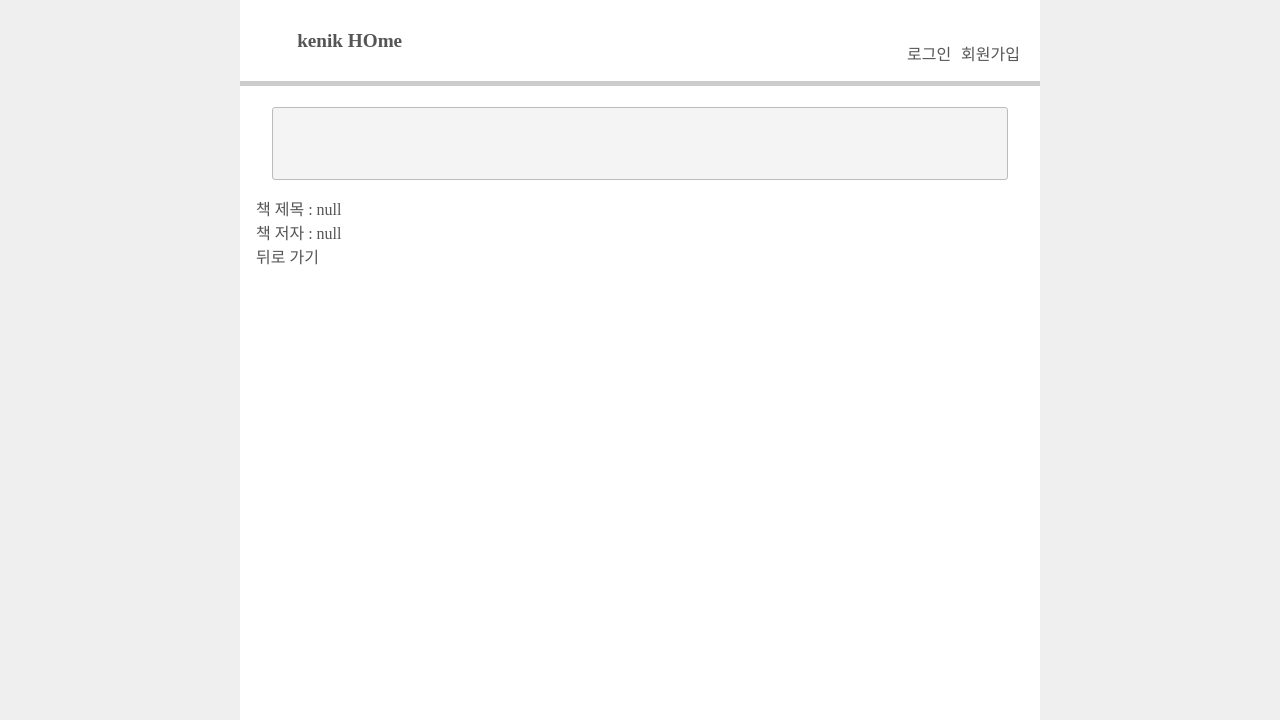
Repository: Seeker2250/JspTest
Page: http://localhost/jspPro/days01/ex02_ok.jsp
These files come from the project's save history. The page is drawn as it stood at one moment and after the next save; the edit follows.
The browser window is 1280 px wide. The pictures show the whole page.
Some web fonts or font styles are not loaded; a fallback is used. The page is served by Tomcat 9. Other server files are loaded and not shown.

Above is the page before, as saved 2024-10-15 03:28:04.

### jspPro/src/main/webapp/days01/ex02_ok.jsp
<%@ page language="java" contentType="text/html; charset=UTF-8"
    pageEncoding="UTF-8"%>
<%
	//ex02_ok.jsp?title=채식주의자&author=한강
	String title = request.getParameter("title");
	String author = request.getParameter("author");
%>
<!DOCTYPE html>
<html>
<head>
<meta charset="UTF-8">
<title>Insert title here</title>
<link rel="shortcut icon" type="image/x-icon" href="http://localhost/jspPro/images/SiSt.ico">
<script src="https://ajax.googleapis.com/ajax/libs/jquery/3.7.1/jquery.min.js"></script>
<meta name="viewport" content="width=device-width, initial-scale=1.0">
<link rel="stylesheet" href="http://localhost/jspPro/resources/cdn-main/example.css">
<script src="http://localhost/jspPro/resources/cdn-main/example.js"></script>
<style>
 span.material-symbols-outlined{
    vertical-align: text-bottom;
 }
</style>
</head>
<body>
<header>
  <h1 class="main"><a href="#" style="position: absolute;top:30px;">kenik HOme</a></h1>
  <ul>
    <li><a href="#">로그인</a></li>
    <li><a href="#">회원가입</a></li>
  </ul>
</header>
<div>
 <xmp class="code">

  </xmp>
  책 제목 : <%= title %><br>
  책 저자 : <%= author %><br>
  <a href="javascript:history.go(-1);">뒤로 가기</a>
</div>
</body>
</html>

### jspPro/src/main/webapp/resources/cdn-main/example.css
@charset "UTF-8";

@import url('https://fonts.googleapis.com/css2?family=Material+Symbols+Outlined:opsz,wght,FILL,GRAD@20..48,100..700,0..1,-50..200');

@font-face {
    font-family: 'GmarketSansMedium';
    src: url('https://cdn.jsdelivr.net/gh/projectnoonnu/noonfonts_2001@1.1/GmarketSansMedium.woff') format('woff');
    font-weight: normal;
    font-style: normal;
}

:root {
	--text-color: #555;
	--sub-text-color: #777;
	--back-color: #EFEFEF;
	--header-color: #444;
	--primary-color: #DEDEDE;
	--secondary-color: #EFEFEF;
	--default-width: 800px;
	--narrow-width: 500px;
	--wide-width: 1200px;
	--text-font: 'GmarketSansMedium';
	--icon-font: 'Material Symbols Outlined';
	--border-color: #CCC;
}

html, body {
	margin: 0;
	padding: 0;
}

html {
	background-color: var(--back-color);
	display: flex;
	justify-content: center;
	min-height: 100vh;
}

body, body.default {
	width: var(--default-width);
	background-color: white;
	padding-bottom: 120px;
}

body.wide {
	width: var(--wide-width);
}

body.narrow {
	width: var(--narrow-width);
}



body, p, div, span, a, input, select, option, textarea, button, table, th, td, label, fieldset, legend {
	font-family: var(--text-font);
	color: var(--text-color);
}

h1, h2, h3 {
	font-family: var(--text-font);
	color: var(--header-color);
	padding: 0 1rem;
	padding-top: .5rem;
}

div > h1, div > h2, div > h3 {
	padding: 0;
}

body > div, body > main > div {
	padding: 0.3rem 1rem;
}


h1 { font-size: 2rem; border-bottom: 1px solid var(--border-color); }
h1 small { font-size: 1.2rem; color: var(--sub-text-color); }
h2 { font-size: 1.5rem; border-bottom: 1px dashed var(--border-color); }
h2 small { font-size: 1.1rem; color: --sub-text-color; }
h3 { font-size: 1.2rem; }
h3 small { font-size: 1rem; color: --sub-text-color; }



h1.main::before {
	font-family: var(--icon-font);
  	content: '\e666';
  	margin-right: 10px;
  	float: left;
	font-size: 2.5rem;
}

h1.sub::before {
	font-family: var(--icon-font);
  	content: '\ea19';
  	margin-right: 10px;
  	float: left;
	font-size: 2.5rem;
}


h1.page::before {
	font-family: var(--icon-font);
  	content: '\e0e0';
  	margin-right: 10px;
  	float: left;
	font-size: 2.5rem;
}

body > header > ul > li > .active{
	background-color: #FFF;
	color:#F00;
}

body > header {
	display: flex;
	justify-content: space-between;
	border-bottom: 5px solid var(--border-color);
	min-height: 74px;
	background-color: #FFF;
}

body > header.sticky {
	position: sticky;
	top: 0;
	z-index: 98;
}

body > header > h1 {
	font-size: 1.2rem;
	border: 0;
}

body > header.in > h1::before {
	font-family: var(--icon-font);
  	content: '\e332‥';
  	margin-right: 3px;
  	float: left;
	font-size: 2rem;
}


body > header > ul {
	list-style-type: none;
	display: flex;
	align-items: flex-end;
	margin-right: 10px;
}

body > header > ul > li {
	margin-right: 10px;
	cursor: pointer;
}

body > header > ul > li > a {
	cursor: pointer;
}


form {
	display: block;
}

form > div {
	padding: 0.3rem 1rem;
}

div > form > div {
	padding: 0.3rem 0;
}

input, textarea, button, select {
	border: 1px solid #BBB;
	border-radius: 3px;
	outline: none;
	resize: none;
	padding: 7px;
	margin: 0;
}

input[type=text]:read-only, textarea:read-only {
	cursor: not-allowed;
	background-color: #FFF;
}

input[type=text]:disabled, textarea:disabled {
	cursor: not-allowed;
	background-color: #EEE;
}

input[type=text], input[type=password], textarea, button, select {
	/* width: 300px; */
}

textarea {
	display: block;
	height: 100px;
}

input[type=button], input[type=submit], button {
	/* width: inherit; */
}

input.short, textarea.short, button.short, select.short {
	width: 100px;
}

input.long, textarea.long, button.long, select.long {
	width: 350px;
}

.narrow input.long, .narrow textarea.long, .narrow button.long, .narrow select.long {
	width: calc(100% - 20px);
}

input.full, textarea.full, button.full, select.full {
	width: calc(100% - 20px);
}

textarea.short {
	height: 50px;
}

textarea.long {
	height: 100px;
}

textarea.full {
	height: 200px;
}

input, textarea {
	padding-top: 8px;
}

input[type=button], input[type=submit], button {
	padding: 5px 10px;
	background-color: var(--secondary-color);
	cursor: pointer;
	min-height: 36px;
}

input[type=button].primary, input[type=submit].primary, button.primary {
	/* background-color: rgba(100, 149, 237, .2); */
	background-color: var(--primary-color);
}

input[type=button].primary:hover, input[type=submit].primary:hover, button.primary:hover {
	/* background-color: rgba(100, 149, 237, .3); */
	background-color: var(--secondary-color);
}

input[type=button]:hover, input[type=submit]:hover, button:hover {
	background-color: var(--primary-color);
}

button {
	position: relative;
	left: 0;
	top: 0;
	padding-left: 35px;
}

button .material-symbols-outlined {
	position: absolute;
	left: 10px;
	top: 4px;
}

/* k2nik add */
button.login::before {
	font-family: var(--icon-font);
  	content: '\ea77';
	position: absolute;
	left: 11px;
	top: 4px;
	font-size: 1.25rem;
}

/* k2nik logout */
button.logout::before {
	font-family: var(--icon-font);
  	content: '\e9ba';
	position: absolute;
	left: 11px;
	top: 4px;
	font-size: 1.25rem;
}

/* k2nik help */
button.help::before {
	font-family: var(--icon-font);
  	content: '\f1c0';
	position: absolute;
	left: 11px;
	top: 4px;
	font-size: 1.25rem;
}

button.add::before{
	font-family: var(--icon-font);
  	content: '\e746';
	position: absolute;
	left: 11px;
	top: 4px;
	font-size: 1.25rem;
}

button.back::before {
	font-family: var(--icon-font);
  	content: '\e166';
	position: absolute;
	left: 11px;
	top: 4px;
	font-size: 1.25rem;
}

button.list::before {
	font-family: var(--icon-font);
  	content: '\e0ee';
	position: absolute;
	left: 11px;
	top: 4px;
	font-size: 1.25rem;
}


button.del::before {
	font-family: var(--icon-font);
  	content: '\e872';
	position: absolute;
	left: 11px;
	top: 4px;
	font-size: 1.25rem;
}


button.edit::before {
	font-family: var(--icon-font);
  	content: '\e745';
	position: absolute;
	left: 11px;
	top: 4px;
	font-size: 1.25rem;
}


button.login::before {
	font-family: var(--icon-font);
  	content: '\ea77';
	position: absolute;
	left: 11px;
	top: 4px;
	font-size: 1.25rem;
}


button.logout::before {
	font-family: var(--icon-font);
  	content: '\e9ba';
	position: absolute;
	left: 11px;
	top: 4px;
	font-size: 1.25rem;
}


button.in::before {
	font-family: var(--icon-font);
  	content: '\f71a';
	position: absolute;
	left: 11px;
	top: 4px;
	font-size: 1.25rem;
}


button.out::before {
	font-family: var(--icon-font);
  	content: '\f70e';
	position: absolute;
	left: 11px;
	top: 4px;
	font-size: 1.25rem;
}


button.reply::before {
	font-family: var(--icon-font);
  	content: '\e15e';
	position: absolute;
	left: 11px;
	top: 4px;
	font-size: 1.25rem;
}


button.comment::before {
	font-family: var(--icon-font);
  	content: '\e0b9';
	position: absolute;
	left: 11px;
	top: 4px;
	font-size: 1.25rem;
}


button.modal::before {
	font-family: var(--icon-font);
  	content: '\e89e';
	position: absolute;
	left: 11px;
	top: 4px;
	font-size: 1.25rem;
}


button.ok::before {
	font-family: var(--icon-font);
  	content: '\e86c';
	position: absolute;
	left: 11px;
	top: 4px;
	font-size: 1.25rem;
}


button.cancel::before {
	font-family: var(--icon-font);
  	content: '\e5c9';
	position: absolute;
	left: 11px;
	top: 4px;
	font-size: 1.25rem;
}

button.search::before {
	font-family: var(--icon-font);
  	content: '\e8b6';
	position: absolute;
	left: 11px;
	top: 4px;
	font-size: 1.25rem;
}

button.home::before {
	font-family: var(--icon-font);
  	content: '\e88a';
	position: absolute;
	left: 11px;
	top: 4px;
	font-size: 1.25rem;
}


button.sidebar::before {
	font-family: var(--icon-font);
  	content: '\f7e4';
	position: absolute;
	left: 11px;
	top: 4px;
	font-size: 1.25rem;
}


button.sidebar-right::before {
	font-family: var(--icon-font);
  	content: '\f7e5';
	position: absolute;
	left: 11px;
	top: 4px;
	font-size: 1.25rem;
}




button::before {
	font-family: var(--icon-font);
  	content: '\e323';
	position: absolute;
	left: 11px;
	top: 4px;
	font-size: 1.25rem;
}


table {
	border-collapse: collapse;
	margin: 1rem;
	box-sizing: border-box;
	width: calc(100% - 32px);
}

table.content {
	width: auto;
}

div > table {
	margin: 0;
}

table th, table td {
	border: 1px solid var(--border-color);
	padding: 7px;
	font-weight: normal;
}

table th {
	background-color: var(--back-color);
}

table.vertical th {
	width: 150px;
}

table.vertical td {
	width: calc(100% - 182px);
	padding-left: 10px;
}

table.content td, table.content th {
	width: auto;
}

body.narrow table.vertical th {
	width: 100px;
}

body.narrow table.vertical td {
	width: calc(100% - 182px);
}


table + table {
	margin-top: 30px;
}


p {
	padding: 0 1rem;
}

a {
	text-decoration: none;
}

a:hover {
	color: rgba(255, 99, 71, .7);
}

hr {
	border: 0;
	border-top: 1px solid var(--border-color);
	margin: 2rem 0;
}

.message {
	border: 1px solid var(--border-color);
	background-color: #EFEFEF;
	margin: 1rem;
	width: auto;
	padding-top: 10px;
	padding-bottom: 10px;
	font-size: 14px;
}

.message[title]::before {
	content: attr(title);
	display: block;
	border-bottom: 1px solid var(--border-color);
	padding-bottom: 5px;
	margin-bottom: 10px;
	margin-top: 7px;
}

.message.short {
	max-width: 250px;
}

.message.long {
	max-width: 500px;
}

.badge {
	float: right;
	font-size: .8rem;
	margin-top: 2px;
	margin-right: 2px;
	text-shadow: 0 0 7px gray;
}

.badge.left {
	float: none;
	margin-left: 2px;
}

.badge.right {
	float: right;
}

.badge.red {
	border-radius: 50%;
	padding: 2px 5px;
	background-color: rgb(255, 99, 71, .3);
}

.badge.yellow {

	border-radius: 50%;
	padding: 2px 5px;
	background-color: rgb(255, 215, 0, .5);
}

.badge.blue {
	border-radius: 50%;
	padding: 2px 5px;
	background-color: rgb(100, 149, 237, .3);
}

label + label {
	margin-left: 7px;
}

label input[type=checkbox], label input[type=radio] {
	transform: translate(0, 1px);
}

.group {
	display: flex;
}

.modal-content .group {
	margin-bottom: .5rem;
}

.group label {
	border: 1px solid #BBB;
	border-radius: 3px;
	outline: none;
	resize: none;
	padding: 7px 14px;
	margin: 0;
	border-top-right-radius: 0;
	border-bottom-right-radius: 0;
	background-color: #EFEFEF;
	white-space: nowrap;
	font-size: 14px;
}

.group input[type=text] {
	margin-left: -1px;
	border-top-left-radius: 0;
	border-bottom-left-radius: 0;
}

.group select {
	margin-left: -1px;
	border-top-left-radius: 0;
	border-bottom-left-radius: 0;
}

.group input.full[type=text] {
	margin-left: -1px;
	border-top-left-radius: 0;
	border-bottom-left-radius: 0;
	width: 100%;
}

.group input[type=button]:first-child, .group button:first-child {
	border-top-left-radius: 3px;
	border-bottom-left-radius: 3px;
	margin-left: 0px;
}

.group input[type=button], .group button {
	border-radius: 0;
	margin-left: -1px;
}

.group input[type=button]:last-child, .group button:last-child {
	margin-left: -1px;
	border-top-right-radius: 3px;
	border-bottom-right-radius: 3px;
}

.seperate {
	display: flex;
	justify-content: space-between;
}

div.list {
	width: max-content;
	margin: 1rem;
	border: 1px solid #BBB;
	border-radius: 3px;
	padding: 0;
}

div.list.full {
	width: auto;
	display: block;
	margin: 1rem;
	border: 1px solid #BBB;
	border-radius: 3px;
	padding: 0;
}

div.list > div {
	padding: .5rem 1rem;
	margin: 0;
	border-bottom: 1px solid #BBB;
}

div.list > div:last-child {
	border-bottom: 0;
}

pre.code , xmp.code{
	font-family: consols;
	background-color: rgba(150, 150, 150, .1);
	border: 1px solid #BBB;
	border-radius: 3px;
	padding: .5rem 1rem;
	padding-bottom: .6rem;
	margin: 1rem;
}




*[data-modal-window] {
	position: fixed;
	background-color: rgba(0, 0, 0, .3);
	left: 0;
	top: 0;
	display: none;
	justify-content: center;
	align-items: flex-start;
	width: 100%;
	min-height: 100vh;
	z-index: 100;
	opacity: 0;
	transition: 500ms all;
}

*[data-modal-window] .modal-container {
	border-radius: 5px;
	padding: 1rem;
	padding-bottom: .5rem;
	margin-top: -500px;
	opacity: 0;
	width: 500px;
	background-color: #FFF;
	margin-right: 2rem;
	transition: 500ms all;
}

*[data-modal-size=content] .modal-container {
	width: auto;
}

*[data-modal-size=narrow] .modal-container {
	width: 300px;
}

*[data-modal-size=wide] .modal-container {
	width: 760px;
}


*[data-modal-window] .modal-header {
	border-bottom: 1px solid var(--border-color);
	padding: 2px 5px;
}

*[data-modal-window] .modal-content {
	padding: 1rem 5px;
}

*[data-modal-window] .modal-content div:last-child {
	margin-top: 1rem;
	text-align: right;
}



*[data-sidebar-window] {
	position: fixed;
	background-color: #FFF;
	left: 0;
	top: 0;
	display: block;
	width: 300px;
	border-right: 1px solid var(--border-color);
	box-sizing: border-box;
	box-shadow: 0 0 3px var(--back-color);
	min-height: 100vh;
	z-index: 99;
	transform: translate(-300px, 0);
	transition-duration: 500ms;
	transition-property: transform;
}

*[data-sidebar-direction=right] {
	left: auto;
	right: 0;
	transform: translate(300px, 0);
	border-left: 1px solid var(--border-color);
}

*[data-sidebar-size=wide] {
	width: 500px;
	transform: translate(-500px, 0);
}

*[data-sidebar-window] .sidebar-title {
	border-bottom: 1px solid var(--border-color);
	margin-top: 20px;
	margin-bottom: 20px;
	padding-bottom: 5px;
	display: flex;
	justify-content: space-between;
}

*[data-sidebar-window] .sidebar-title span:last-child {
	cursor: pointer;
}


/* K2Nik pagination */
.center {
  text-align: center;
}

.pagination {
  display: inline-block;
}

.pagination a {
  color: black;
  float: left;
  padding: 3px 6px;
  text-decoration: none;
  transition: background-color .3s;
  border: 1px solid #ddd;
  margin: 0 3px;
}

.pagination a.active {
  background-color: #4CAF50;
  color: white;
  border: 1px solid #4CAF50;
}

.pagination a:hover:not(.active) {background-color: #ddd;}

### jspPro/src/main/webapp/resources/cdn-main/example.js

window.onload = () => {

    const list = document.querySelectorAll('input, textarea');

    list.forEach(item => {
        item.setAttribute('autocomplete', 'off');
    });


    const modal_btn_list = document.querySelectorAll('*[data-modal-button]');

    modal_btn_list.forEach(item => {
        item.onclick = function() {

            const name = this.dataset['modalButton'];
            const modal_window = document.querySelector('*[data-modal-window=' + name);

            const container = document.createElement('div');
            container.className = 'modal-container';



            const modal_header = document.createElement('div');
            modal_header.textContent = modal_window.dataset['modalTitle'];
            modal_header.className = 'modal-header';
            container.appendChild(modal_header);

            const modal_content = document.createElement('div');
            modal_content.className = 'modal-content';
            container.appendChild(modal_content);

            Array.from(modal_window.childNodes).forEach(item => {
                modal_content.appendChild(item);
            });

            modal_window.appendChild(container);

            modal_window.style.display = 'flex';

            setTimeout(() => {
                modal_window.style.opacity = 1;
                container.style.marginTop = '20px';
                container.style.opacity = 1;
            }, 50);


            const modal_ok = document.querySelector('*[data-modal-ok=' + name);
            modal_ok.addEventListener('click', function() {
                modal_window.style.opacity = 0;
                container.style.marginTop = '-500px';
                container.style.opacity = 0;

                setTimeout(() => {
                    modal_window.innerHTML = modal_content.innerHTML;
                    modal_window.style.display = 'none';
                }, 500);

            });

            const modal_cancel = document.querySelector('*[data-modal-cancel=' + name);
            modal_cancel.addEventListener('click', function() {

                modal_window.style.opacity = 0;
                container.style.marginTop = '-500px';
                container.style.opacity = 0;

                setTimeout(() => {
                    modal_window.innerHTML = modal_content.innerHTML;
                    modal_window.style.display = 'none';
                }, 500);
            });


        };
    });


    const sidebar_btn_list = document.querySelectorAll('*[data-sidebar-button]');

    sidebar_btn_list.forEach(item => {
        item.onclick = function() {



            const name = this.dataset['sidebarButton'];
            const sidebar_window = document.querySelector('*[data-sidebar-window=' + name);

            if (sidebar_window.style.transform == 'translate(0px, 0px)') return;



            sidebar_window.style.transform = 'translate(0, 0)';

            const sidebar_title = document.createElement('div');
            sidebar_title.className = 'sidebar-title';
            sidebar_title.innerHTML = '<span>' + sidebar_window.dataset['sidebarTitle'] + '</span><span class="material-symbols-outlined">close</span>';

            sidebar_title.children[1].onclick = function() {

                let sign = 1;
                let distance = 300;

                if (sidebar_window.dataset['sidebarDirection'] != 'right') {
                    sign = -1;
                } else {
                    sign = 1;
                }

                if (sidebar_window.dataset['sidebarSize'] != 'wide') {
                    distance = 300;
                } else {
                    distance = 500;
                }

                distance *= sign;

                sidebar_window.style.transform = 'translate(' + distance + 'px, 0)';

                setTimeout(function() {
                    sidebar_window.removeChild(sidebar_window.children[0]);
                }, 500);
            };


            sidebar_window.prepend(sidebar_title);

        }
    });

};

// window.onkeydown = function(event) {

//     if (event.keyCode == 27) {
//         if (document.querySelector('[data-modal-window').style.display == 'flex') {
//             document.querySelector('[data-modal-window').style.display = 'none';
//         }
//     }

// };

After the next save:
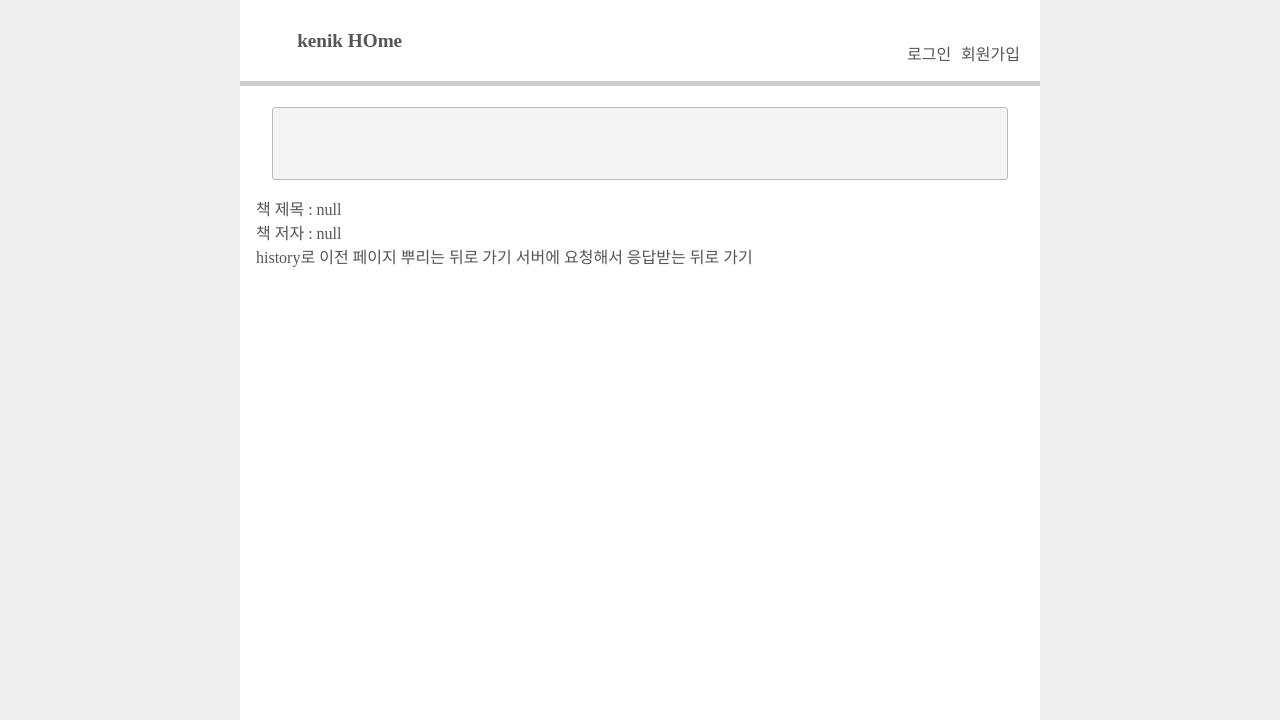
Saved 101 s later.
--- a/jspPro/src/main/webapp/days01/ex02_ok.jsp
+++ b/jspPro/src/main/webapp/days01/ex02_ok.jsp
@@ -35,7 +35,8 @@
   </xmp>
   책 제목 : <%= title %><br>
   책 저자 : <%= author %><br>
-  <a href="javascript:history.go(-1);">뒤로 가기</a>
+  <a href="javascript:history.go(-1);">history로 이전 페이지 뿌리는 뒤로 가기</a><!-- history에서 쓴 거라 server 안들러도 뒤로가기 돼  -->
+  <a href="ex_02.jsp;">서버에 요청해서 응답받는 뒤로 가기</a>
 </div>
 </body>
 </html>
